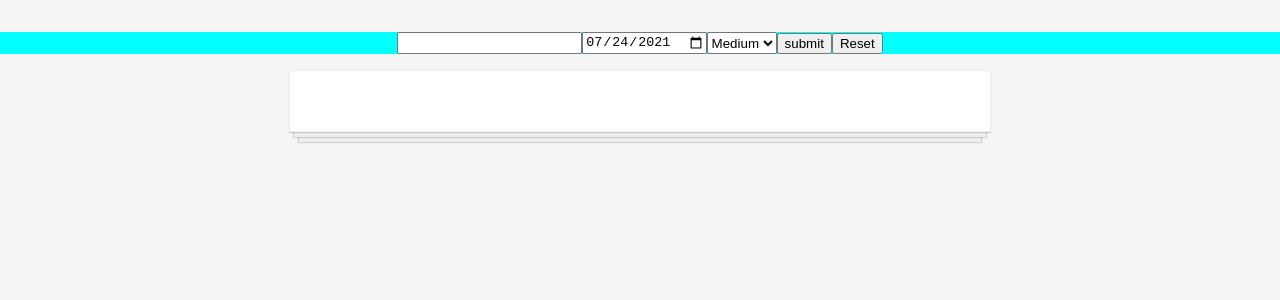
Repository: 0101chaitanya/react-todo
Page: /
The author's editor kept a copy of each file at every save. The page is drawn from the files as they stood at one save, then again after the next save.
The browser window is 1280 px wide. The pictures show the whole page.
The project was rebuilt for these pictures with package versions that can differ from the ones it lists, and the page was loaded fresh each time. Also part of the build but not shown: src/components/TodoItem.js.

Above is the page before, as saved 2021-07-24 16:33:57.

### src/index.js
import React from "react";
import ReactDOM from "react-dom";
import "./index.css";
import App from "./App";
import reportWebVitals from "./reportWebVitals";
import css from "./App.css";

ReactDOM.render(
  <React.StrictMode>
    <App />
  </React.StrictMode>,
  document.getElementById("root")
);

// If you want to start measuring performance in your app, pass a function
// to log results (for example: reportWebVitals(console.log))
// or send to an analytics endpoint. Learn more: https://bit.ly/CRA-vitals
reportWebVitals();

### src/App.js
import React, { Component } from "react";
import TodoState from "./components/todoState";
import InputForm from "./components/InputForm";
import uniqid from "uniqid";
import { format } from "date-fns";
import css from "./App.css";
class App extends Component {
  constructor() {
    super();
    this.handleSubmit = this.handleSubmit.bind(this);
    this.state = {
      tasksArray: JSON.parse(localStorage.getItem("tasksArray")) ?? [],
    };
  }
  handleSubmit(e, input, context) {
    input.id = uniqid();

    e.preventDefault();
    this.setState(
      (prevState) => ({
        tasksArray: prevState.tasksArray.concat(input),
      }),
      () => {
        localStorage.setItem(
          "tasksArray",
          JSON.stringify(this.state.tasksArray)
        );
      }
    );

    console.log(this.state.tasksArray);
    //e.target.reset();
    e.target.submit();
  }

  render() {
    //localStorage.removeItem("tasksArray");
    //localStorage.clear();
    localStorage.setItem("tasksArray", JSON.stringify(this.state.tasksArray));
    console.log(this.state.tasksArray);

    //console.log(JSON.parse(localStorage.getItem("tasksArray")));
    return (
      <div>
        <InputForm
          className="input-form"
          //item={this.cache}
          //handleNoSubmission={this.handleNoSubmission}
          handleSubmit={this.handleSubmit}
        />
        <TodoState tasksArray={this.state.tasksArray} />
      </div>
    );
  }
}

export default App;

### src/App.css
body {
  background-color: whitesmoke;
}

.todo-list {
  background-color: white;
  margin: auto;
  width: 50%;
  display: flex;
  flex-direction: column;
  align-items: center;
  border: 1px solid #efefef;
  box-shadow:
    /* The top layer shadow */ 0 1px 1px rgba(0, 0, 0, 0.15),
    /* The second layer */ 0 10px 0 -5px #eee,
    /* The second layer shadow */ 0 10px 1px -4px rgba(0, 0, 0, 0.15),
    /* The third layer */ 0 20px 0 -10px #eee,
    /* The third layer shadow */ 0 20px 1px -9px rgba(0, 0, 0, 0.15);
  padding: 30px;
}

.todo-item {
  display: flex;
  justify-content: flex-start;
  align-items: center;
  padding: 30px 20px 0;
  width: 70%;
  border-bottom: 1px solid #cecece;
  font-family: Roboto, sans-serif;
  font-weight: 100;
  font-size: 15px;
  color: #333333;
}

input[type="checkbox"] {
  margin-right: 10px;
  font-size: 30px;
}

input[type="checkbox"]:focus {
  outline: 0;
}

.input-form {
  background-color: aqua;

  display: flex;
  justify-content: center;
  position: relative;
  top: 2rem;
  margin-bottom: 3rem;
}

### src/components/todoState.js
import React from "react";
import TodoItem from "./TodoItem";
import css from "../App.css";
class TodoState extends React.Component {
  constructor(props) {
    super(props);
    this.state = {
      todos: this.props.tasksArray || [],
    };
    this.handleChange = this.handleChange.bind(this);
    //this.handleSubmit = this.handleSubmit.bind(this);
    this.deleteTask = this.deleteTask.bind(this);
    this.callSubmit = this.callSubmit.bind(this);
  }
  callSubmit(e, id, sentState) {
    this.setState(
      (prevState) => {
        const newTd = prevState.todos.map((todo) => {
          if (todo.id === id) {
            todo = sentState;
            return todo;
          } else {
            return todo;
          }
        });
        console.log(newTd);

        return {
          todos: newTd,
        };
      },
      (e) =>
        localStorage.setItem("tasksArray", JSON.stringify(this.state.todos))
    );
  }

  deleteTask(e, id) {
    this.setState(
      (prevState) => {
        const newTd = prevState.todos.filter((todo) => {
          return todo.id === id ? false : todo;
        });
        console.log(newTd);

        return {
          todos: newTd,
        };
      },
      (e) =>
        localStorage.setItem("tasksArray", JSON.stringify(this.state.todos))
    );
  }
  handleChange(id) {
    this.setState(
      (prevState) => {
        const newTodos = prevState.todos.map((todo) => {
          if (todo.id === id) {
            return {
              ...todo,
              completed: !todo.completed,
            };
          }
          return todo;
        });
        return {
          todos: newTodos,
        };
      },
      (e) =>
        localStorage.setItem("tasksArray", JSON.stringify(this.state.todos))
    );
  }
  render() {
    const todoItems = this.state.todos.map((item) => (
      <TodoItem
        key={item.id}
        item={item}
        callSubmit={this.callSubmit}
        deleteTask={this.deleteTask}
        handleChange={this.handleChange}
      />
    ));

    return (
      <div>
        <div className="todo-list">{todoItems}</div>
      </div>
    );
  }
}

export default TodoState;

### src/components/InputForm.js
import React from "react";
import uniqid from "uniqid";
import parseISO from "date-fns/parseISO";
import differenceInDays from "date-fns/differenceInDays";
import { format } from "date-fns";

class InputForm extends React.Component {
  constructor(props) {
    super(props);
    this.state = this.props.item || {
      description: "",
      date: format(new Date(), "yyyy-MM-dd"),
      priority: "medium",
      completed: false,
    };
    this.handleChange = this.handleChange.bind(this);
  }

  handleChange(e) {
    const { name, value } = e.target;
    this.setState({
      ...this.state,

      [name]: value,
    });
  }

  render() {
    const bin = this.props.item;

    return (
      <form
        className="input-form"
        onSubmit={(e) => {
          this.props.handleSubmit(e, this.state, this);
          this.setState({
            description: "",
            date: format(new Date(), "yyyy-MM-dd"),
            priority: "medium",
            id: uniqid(),
            priorityTags: ["medium"],
            dateTags: [],
            completed: false,
          });
        }}
        onReset={(e) => {
          //e.preventDefault();
          this.setState({
            state: bin,
          });
        }}
      >
        <input
          onChange={this.handleChange}
          value={this.state.description}
          name="description"
          type="text"
          required
        />
        <input
          required
          onChange={this.handleChange}
          value={this.state.date}
          name="date"
          type="date"
        />
        <select
          onChange={this.handleChange}
          value={this.state.priority}
          name="priority"
          required
        >
          <option value="low">Low</option>
          <option value="medium">Medium</option>
          <option value="high">High</option>
        </select>

        <label>
          <input type="submit" value="submit" />
        </label>
        <label>
          <input type="reset" value="Reset" />
        </label>
      </form>
    );
  }
}
export default InputForm;

Loaded but not shown: public/index.html (common file); src/index.css (common file); src/reportWebVitals.js (common file)

After the next save:
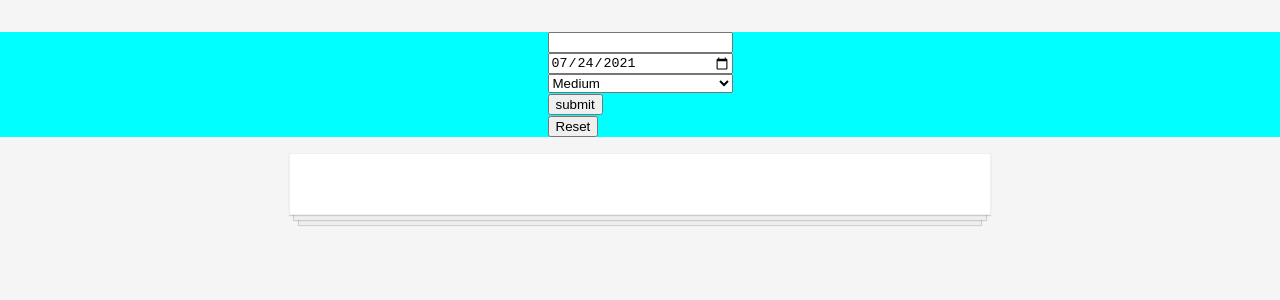
Saved 28 s later.
--- a/src/App.css
+++ b/src/App.css
@@ -44,9 +44,10 @@
 .input-form {
   background-color: aqua;
 
-  display: flex;
+  display: grid;
   justify-content: center;
   position: relative;
   top: 2rem;
   margin-bottom: 3rem;
+  grid-auto-flow: row;
 }

After the save that followed:
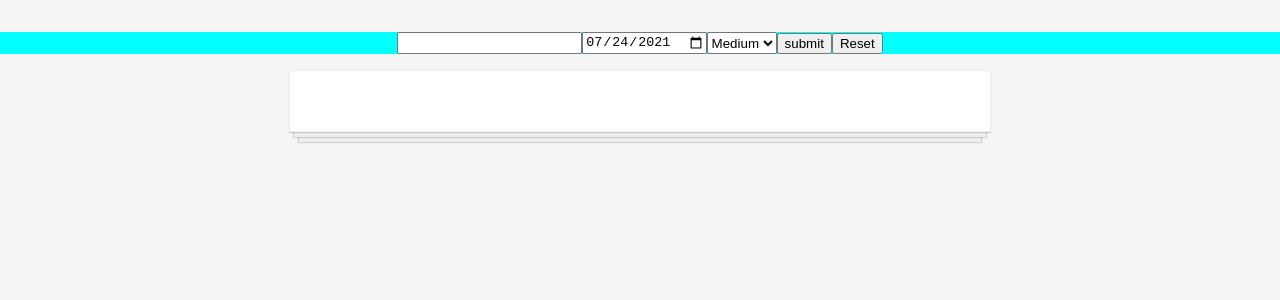
Saved 8 s later.
--- a/src/App.css
+++ b/src/App.css
@@ -49,5 +49,5 @@
   position: relative;
   top: 2rem;
   margin-bottom: 3rem;
-  grid-auto-flow: row;
+  grid-auto-flow: column;
 }
